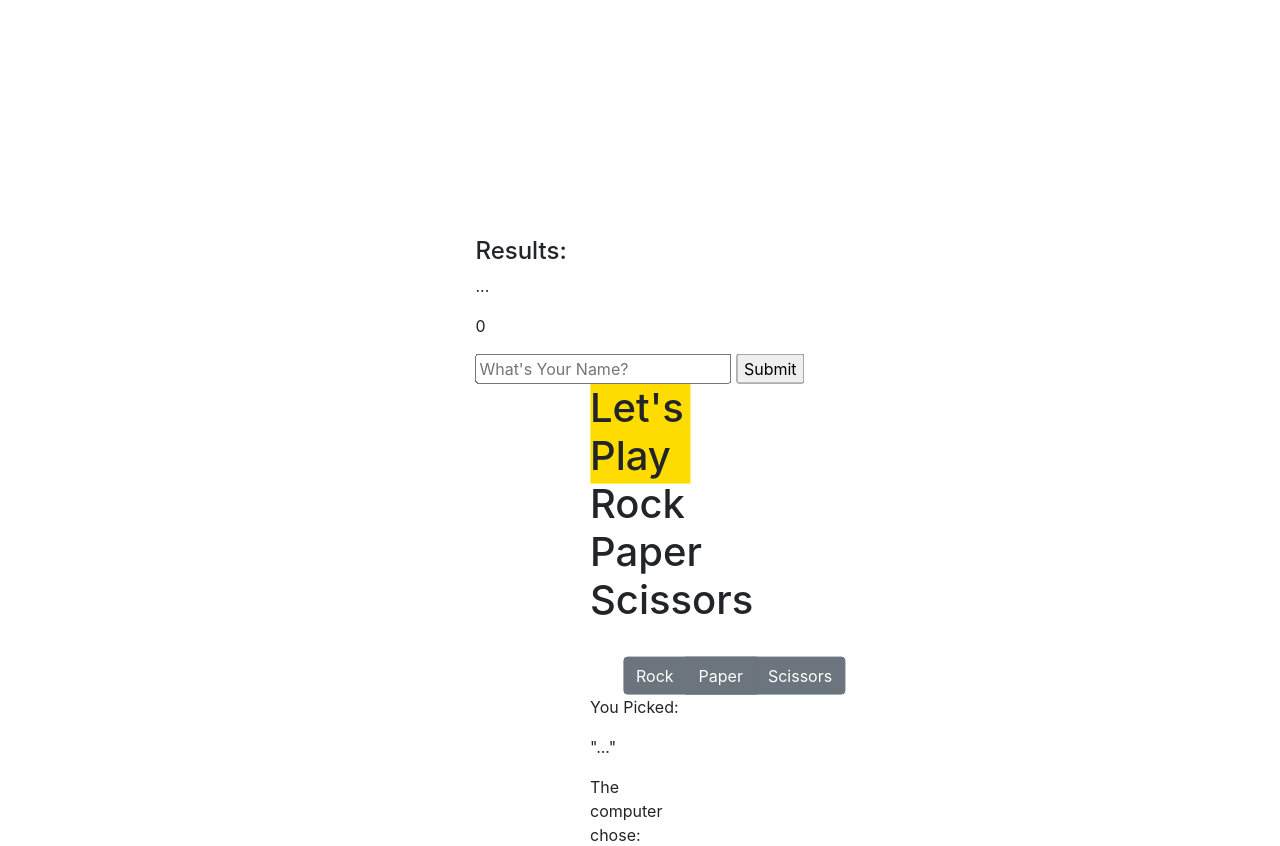
Repository: mskurnickcode/coupleDo
Page: http://localhost/
The author's editor kept a record of every edit. The page is drawn from the files as they stood at one moment, then again after the next edit.
The browser window is 1280 px wide. The pictures show the whole page.
The page is served by the project's application, run on Flask 3 (Rock/application.py).

Above is the page before.

After the next edit:
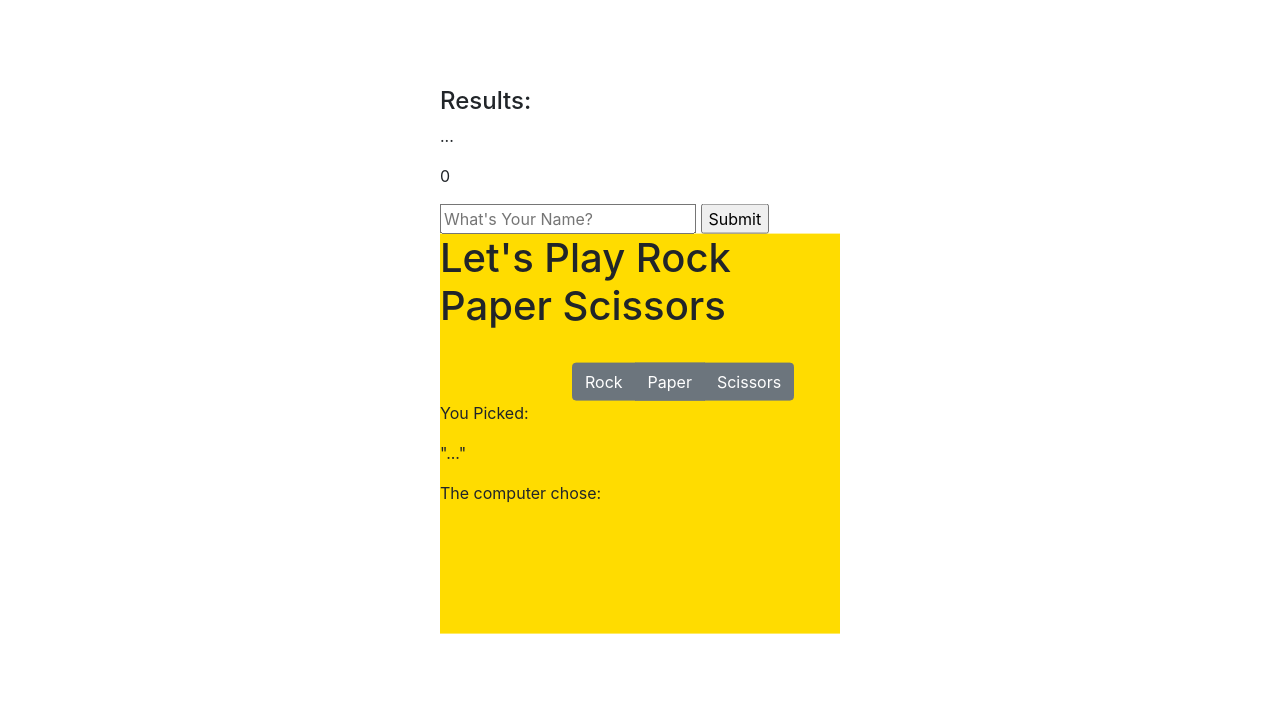
The edit:
--- a/ubuntu/Rock/static/css_image/styles.css
+++ b/ubuntu/Rock/static/css_image/styles.css
@@ -13,8 +13,8 @@
 
 .center {
   background-color: #FFDC00;
-  width: 100px;
-  height: 100px;
+  width: 400px;
+  height: 400px;
   margin: 0 auto;
 }
 
